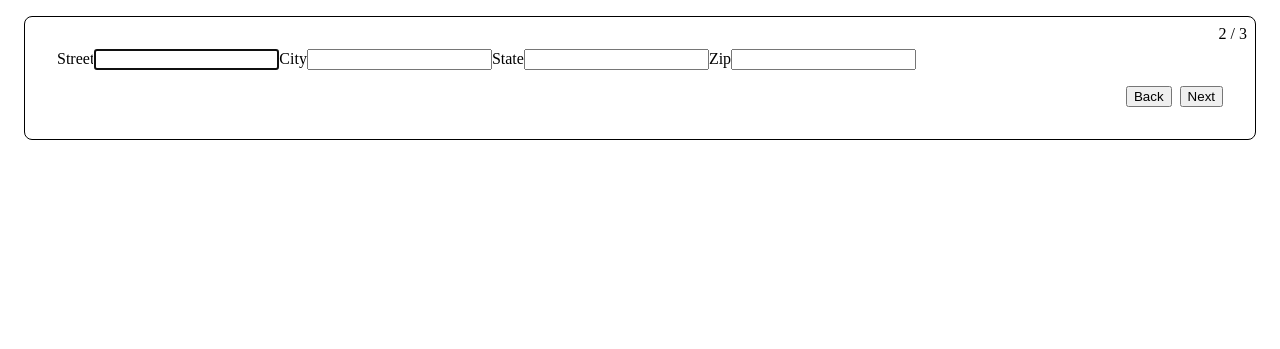
Repository: mohamediyas/reactMultiForm
Page: /, after clicking the first element matching `button`
The author's editor kept a copy of each file at every save. The page is drawn from the files as they stood at one save, then again after the next save.
The browser window is 1280 px wide. The pictures show the whole page.
The project was rebuilt for these pictures with package versions that can differ from the ones it lists, and the page was loaded fresh each time. Also part of the build but not shown: vite.config.ts, src/AccountForm.tsx.

Above is the page before, as saved 2022-10-08 20:12:51.

After the next save:
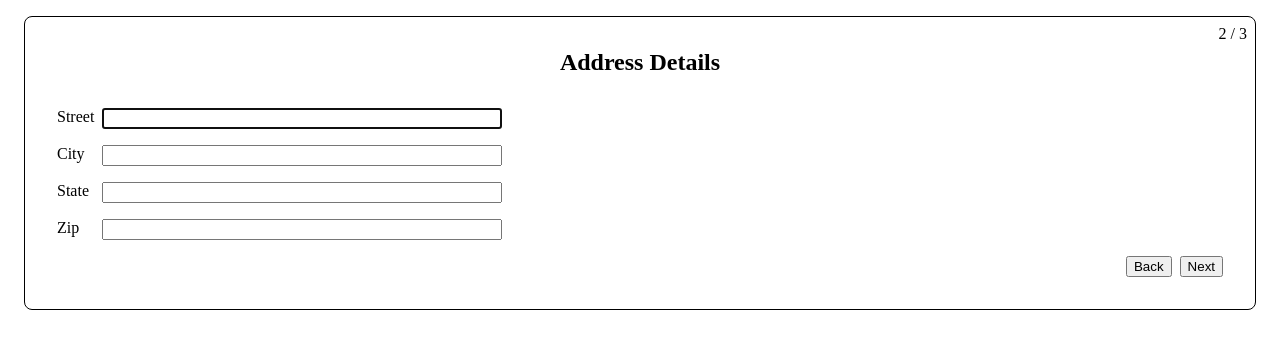
Saved 103 s later.
--- a/src/AddressForm.tsx
+++ b/src/AddressForm.tsx
@@ -1,6 +1,8 @@
+import { FormWrapper } from "./FormWrapper";
+
 export function AddressForm() {
   return (
-    <>
+    <FormWrapper title="Address Details">
       <label>Street</label>
       <input autoFocus required type={"text"} />
       <label>City</label>
@@ -9,6 +11,6 @@ export function AddressForm() {
       <input required type={"text"} />
       <label>Zip</label>
       <input required type={"text"} />
-    </>
+    </FormWrapper>
   );
 }
